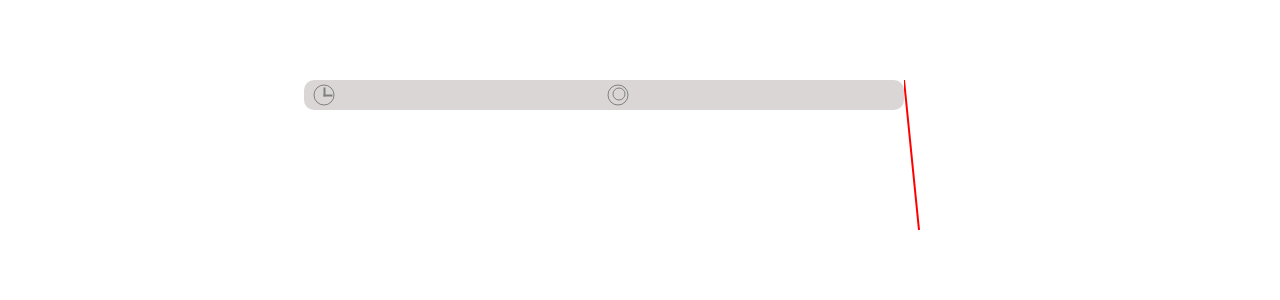
Repository: Gaj123-coder/emoji-search-app
Page: /
An editor plug-in stored every save of this project. The page is shown before and after the next save, followed by the edit.
The browser window is 1280 px wide. The pictures show the whole page.
The project was rebuilt for these pictures with package versions that can differ from the ones it lists, and the page was loaded fresh each time.

Above is the page before, as saved 2021-10-30 14:48:52.

### public/index.html
<!DOCTYPE html>
<html>
    <head>
        <title>Emoji Search</title>
        <meta charset="UTF-8">
        <meta name="author" content="Gajanan C Hegde">
        <meta name="description" content="A simple emoji search app using React JS">
        <meta name="view-port" content="width=device-width,initial-scale=1">
        <meta property="og:title" content="emoji">
        <meta property="og:description" content="An emoji searh app">
        <meta property="og:url" content="http://www.emojis..com">
        <meta property="og:image" content="https://seeklogo.com/images/S/smile-with-glasses-emoji-logo-0C5A7F9874-seeklogo.com.png">
        <meta property="twitter:title" content="Emoji Search">
        <meta property="twitter:image" content="https://seeklogo.com/images/S/smile-with-glasses-emoji-logo-0C5A7F9874-seeklogo.com.png">
        <meta property="twitter:description" content="A simple recat js emloji search app">
        <meta property="twitter:card" content="summary_large_page">
        <meta property="facebook:title" content="Emoji Search">
        <meta property="facebook:image" content="https://seeklogo.com/images/S/smile-with-glasses-emoji-logo-0C5A7F9874-seeklogo.com.png">
        <meta property="facebooks:description" content="A simple react app for emoji search">
        <meta proprty="facebook:url" content="https://www.emojis.com">
        <link rel="canonical" href="index.html"/>
    </head>
    <body>
        <div id="root"></div>
    </body>
</html>

### src/App.js
import './App.css';
import {sad1,worry1,angry1,happy1,smiley1,peace1,love1,joy1,laugh1,gift1,smile1,hands1,sports1,supper1,evil1,shy1,tasty1,confuse1,sleepy1} from "./Components/emotions";
function App() {
  return (
    <div className="dec">
      <div>
        <svg>
          <circle cx="20" cy="15" r="10px" stroke="grey" strokeWidth="1px" fill="rgb(218, 214, 214)"/>
          <rect x="20" y="8" width="1px" height="8px" stroke="grey" strokeWidth="1px" fill="rgb(218, 214, 214)"/>
          <rect x="20" y="15" width="8px" height="1px" stroke="grey" strokeWidth="1px" fill="rgb(218, 214, 214)"/>
        </svg>
      </div>
      <div>
        <svg>
          <circle cx="14" cy="15" r="10px" stroke="grey" strokeWidth="1px" fill="rgb(218, 214, 214)"/>
          <circle cx="15" cy="14" r="6px" stroke="grey" strokeWidth="1px" fill="rgb(218, 214, 214)"/>
        </svg>
      </div>
      <div>
        <svg>
          <line x1="0" y1="0" x2="100" y2="1000" stroke="red" strokeWidth="2px"/>
       </svg>
      </div>
    </div>
  );
}

export default App;

### src/App.css
.dec{
  background-color: rgb(218, 214, 214);
  width:600px;
  height:30px;
  position: relative;
  left:19rem;
  border-radius:10px;
  top:5rem;
  display:flex;
  flex-direction:row;
  flex-wrap:nowrap;
}

.dec>div>svg{
  width:inherit;
  height:inherit;
}

### src/Components/emotions.js
const sad=["128524","128528",'128530',"128532","128542","128546","128549","128557"]
const worry=["128524","128529","128531","128532","128533","128543","128552","128553"]
const angry=["128520","128544","128545","128548","12855"]
const happy=["128512","128513","128514","128518","128522"]
const love=["128525","128535","128536","128537","128538"]
const joy=["128513","128517","128519","128521","128539","128540","128541"]
const laugh=["128513","128514","128518"]
const smile=["128512","128516"]
const gift=["127873","127891","127894","127874","127879","129395","127882","127876"]
const sports=["127939","127943","127947","","","","","","",""]
const hands=["128075","128588","129309","65039","128591","128077","129305","129304","128076","129306"]
const supper=["128526","128527"]
const peace=["128512","128515","128516","128519"]
const evil=["128520"]
const shy=["128522"]
const tasty=["128523"]
const confuse=["128534","128533","128550"]
const sleepy=["128554"]
const smiley=["128512","128513","128514","128515","128516","128517","128518","128519","128520","128521","128522","128523","128524","128525",
"128526","128527","128528","128529","128530","128531","128532","128533","128534","128535","128536","128537","128538","128539","128540"]

export const smiley1=smiley;
export const peace1=peace;
export const sad1=sad;
export const happy1=happy;
export const worry1=worry;
export const angry1=angry;
export const love1=love;
export const joy1=joy;
export const laugh1=laugh;
export const gift1=gift;
export const smile1=smile;
export const sports1=sports;
export const hands1=hands;
export const supper1=supper;
export const evil1=evil;
export const shy1=shy;
export const tasty1=tasty;
export const confuse1=confuse;
export const sleepy1=sleepy;

Loaded but not shown: src/index.js (common file); src/index.css (common file)

After the next save:
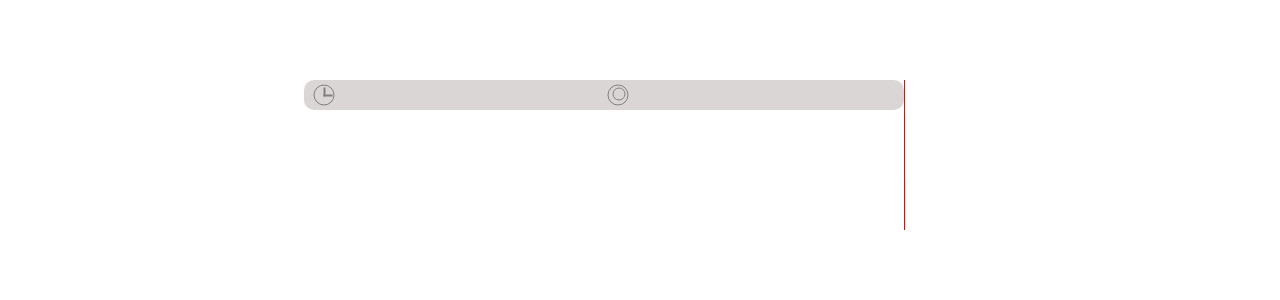
Saved 4 s later.
--- a/src/App.js
+++ b/src/App.js
@@ -18,7 +18,7 @@ function App() {
       </div>
       <div>
         <svg>
-          <line x1="0" y1="0" x2="100" y2="1000" stroke="red" strokeWidth="2px"/>
+          <line x1="0" y1="0" x2="100" y2="100000" stroke="red" strokeWidth="2px"/>
        </svg>
       </div>
     </div>
